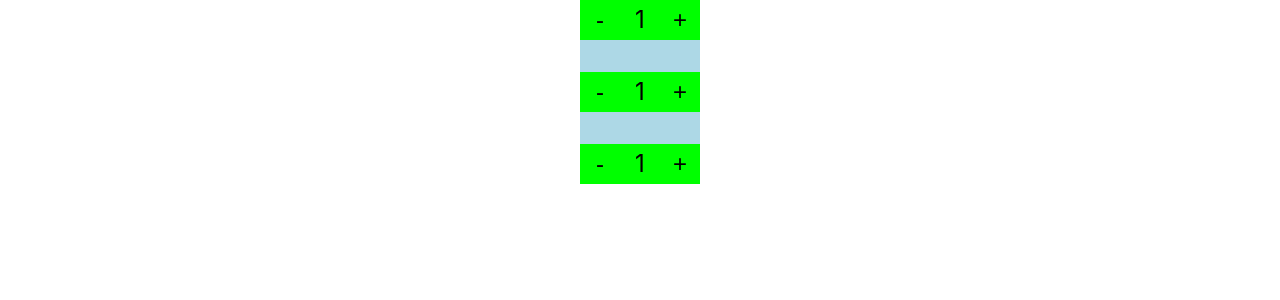
Repository: max535/test-task-netrika
Page: /
An editor plug-in stored every save of this project. The page is shown before and after the next save, followed by the edit.
The browser window is 1280 px wide. The pictures show the whole page.
The project was rebuilt for these pictures with package versions that can differ from the ones it lists, and the page was loaded fresh each time.

Above is the page before, as saved 2021-10-16 07:23:20.

After the next save:
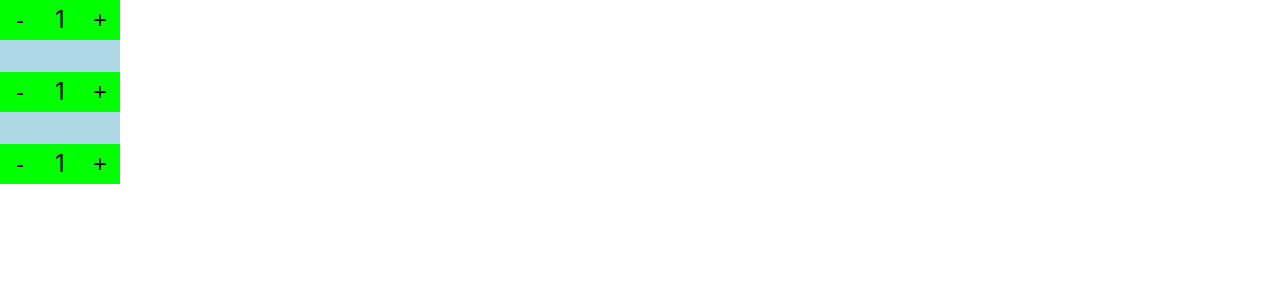
Saved 54 s later.
--- a/src/App.css
+++ b/src/App.css
@@ -4,5 +4,5 @@
   display: flex;
   flex-direction: column;
   justify-content: center;
-  align-items: center;
+
 }

After the save that followed:
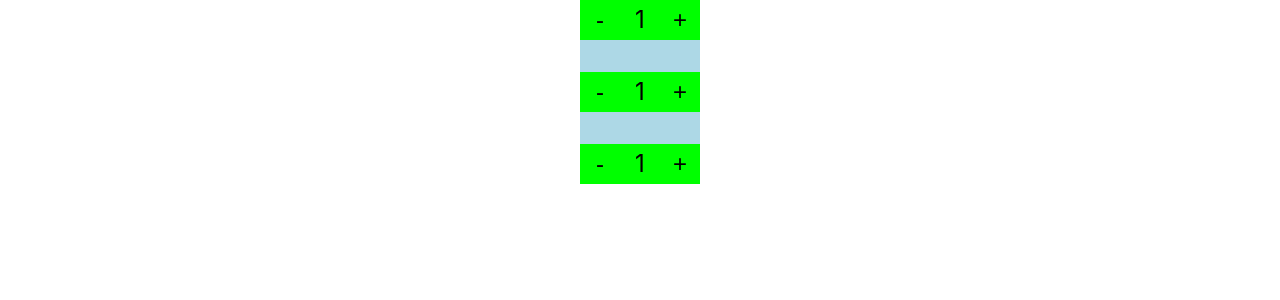
Saved 6 s later.
--- a/src/App.css
+++ b/src/App.css
@@ -4,5 +4,5 @@
   display: flex;
   flex-direction: column;
   justify-content: center;
-
+  align-items: center;
 }
